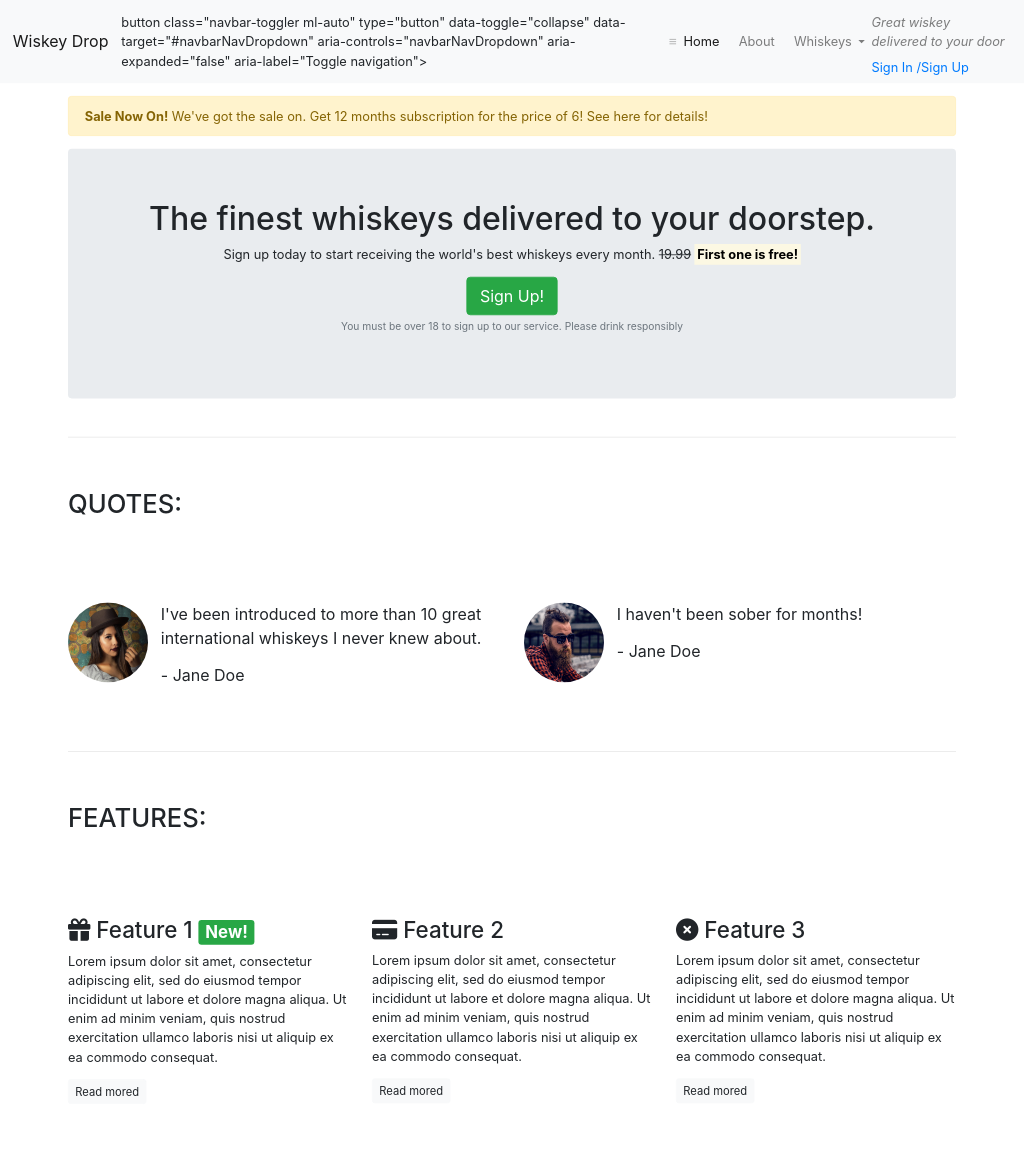
Repository: manub7/bootstrap4-mobile-first
Page: index.html
The author's editor kept a record of every edit. The page is drawn from the files as they stood at one moment, then again after the next edit.
The browser window is 1280 px wide. The pictures show the whole page, at 80% of full size.
Some web libraries are served in a nearby version.

Above is the page before.

### index.html
<!DOCTYPE html>
<html lang="en-us">

<head>
    <meta charset="utf-8">
    <meta name="viewport" content="width=device-width, initial-scale=1.0">
    <title>Whiskey Drop | Taste a new whiskey every month</title>
    <link rel="stylesheet" href="https://maxcdn.bootstrapcdn.com/bootstrap/4.1.3/css/bootstrap.min.css">
    <link rel="stylesheet" href="https://stackpath.bootstrapcdn.com/bootstrap/4.4.1/css/bootstrap.min.css" integrity="sha384-Vkoo8x4CGsO3+Hhxv8T/Q5PaXtkKtu6ug5TOeNV6gBiFeWPGFN9MuhOf23Q9Ifjh" crossorigin="anonymous">
    <script src="https://kit.fontawesome.com/0c0aa31012.js" crossorigin="anonymous"></script>
</head>

<body>
    <nav class="navbar navbar-light bg-light navbar-expand-sm ">

        <a href="/" class="navbar-brand">Wiskey Drop</a> button class="navbar-toggler ml-auto" type="button" data-toggle="collapse" data-target="#navbarNavDropdown" aria-controls="navbarNavDropdown" aria-expanded="false" aria-label="Toggle navigation">
        <span class="navbar-toggler-icon"></span></button>

        <div class="collapse navbar-collapse" id="navbarNavDropdown">
            <ul class="navbar-nav mr-auto">
                <li class="active nav-item mr-2"><a class="nav-link" href="/">Home</a></li>
                <li class="nav-item mr-2"><a class="nav-link" href="/about">About</a></li>
                <li class="nav-item dropdown">
                    <a class="nav-link dropdown-toggle" href="#" id="navbarDropdownMenuLink" role="button" data-toggle="dropdown" aria-haspopup="true" aria-expanded="false">
            Whiskeys
        </a>
                   <div class="dropdown-menu" aria-labelledby="navbarDropdownMenuLink">
                        <a class="dropdown-item" href="#">Irish</a>
                        <a class="dropdown-item" href="#">Scotch</a>
                        <a class="dropdown-item" href="#">Japanese</a>
                        <a class="dropdown-item" href="#">American</a>
                     </div>
                 </li>

                 <li class="nav-item mr-2 d-block d-sm-none"><a class="nav-link" href="">Sign In / Sign Up</a></li>
            </ul>
        </div>

        <div class="d-none d-md-block">
            <p class="navbar-text my-auto mr-2"><i>Great wiskey delivered to your door</i></p>
            <a href="/login">Sign In /Sign Up</a>

        </div>

    </nav>
    <article class="container mt-3">
        <div class="row d-none d-sm-block">
            <div class="col-12">
                <div class="alert alert-warning">
                    <strong>Sale Now On!</strong> We've got the sale on. Get 12 months subscription for the price of 6!
                    <a ref="">See here for details!</a>
                </div>
            </div>
        </div>
        <!-- Callout -->
        <div class="row">
            <div class="col-12">
                <section class="callout jumbotron text-center">
                    <h1>The finest whiskeys delivered to your doorstep.</h1>
                    <p clas="lead">Sign up today to start receiving the world's best whiskeys every month.
                        <s class="d-none d-sm-inline">19.99</s>
                        <span class="d-inline d-sm-none"><br></span>
                        <strong><mark> First one is free!</mark></strong></p>
                    <button class="btn btn-success btn-lg">Sign Up!</button>
                    <p class="text-muted"><small> You must be over 18 to sign up to our service. Please drink responsibly </small></p>
                </section>
            </div>
        </div>

        <!-- /.callout -->
        <hr>

        <!-- Quotes -->
        <section class="quotes">
            <div class="row">
                <div class="col-12 my-5">
                    <h2 class="text-uppercase">Quotes:</h2>
                </div>
            </div>
            <div class="row">
                <div class="col-12 col-md-6 my-5">
                    <div class="media">
                        <div class="d-none d-sm-block">
                            <img src="images/girl-image.png" class="rounded-circle  mr-3" height=100 width=100>
                        </div>
                        <div class="media-body">
                            <blockquote class="blockquote">
                                <p>I've been introduced to more than 10 great international whiskeys I never knew about.</p>
                                <p>- Jane Doe</p>
                            </blockquote>
                        </div>
                    </div>
                </div>

                <div class="col-12 col-md-6 my-5">
                    <div class="media">
                        <div class="d-none d-sm-block">
                            <img src="images/guy-image.png" class="rounded-circle mr-3" height=100 width=100>
                        </div>
                        <div class="media-body">
                            <blockquote class="blockquote">
                                <p>I haven't been sober for months!</p>
                                <p>- Jane Doe</p>
                                </blockquotes>
                        </div>
                    </div>
                </div>
            </div>

        </section>
        <!-- /.quotes -->
        <hr>

        <!-- Features -->
        <section class="features">
            <div class="row">
                <div class="col-12 my-5">
                    <h2 class="text-uppercase">Features:</h2>
                </div>
            </div>

            <div class="row">
                <div class="col-12 col-md-6 col-lg-4 my-5">
                    <div class="feature">
                        <h3><i class="fas fa-gift d-none d-sm-inline"></i> Feature 1 <span class="badge badge-success">New!</span></h3>
                        <p>Lorem ipsum dolor sit amet, consectetur adipiscing elit, sed do eiusmod tempor incididunt ut labore et dolore magna aliqua. Ut enim ad minim veniam, quis nostrud exercitation ullamco laboris nisi ut aliquip ex ea commodo consequat.</p>
                        <p><a class="btn btn-sm btn-light">Read mored</a></p>
                    </div>
                </div>


                <div class="col-12 col-md-6 col-lg-4 my-5">
                    <div class="feature">
                        <h3><i class="fas fa-credit-card d-none d-sm-inline"></i> Feature 2</h3>
                        <p>Lorem ipsum dolor sit amet, consectetur adipiscing elit, sed do eiusmod tempor incididunt ut labore et dolore magna aliqua. Ut enim ad minim veniam, quis nostrud exercitation ullamco laboris nisi ut aliquip ex ea commodo consequat.</p>
                        <p><a class="btn btn-sm btn-light">Read mored</a></p>
                    </div>
                </div>


                <div class="col-12 d-md-none d-lg-block col-lg-4 my-5">
                    <div class="feature">
                        <h3><i class="fas fa-times-circle d-none d-sm-inline"></i> Feature 3</h3>
                        <p>Lorem ipsum dolor sit amet, consectetur adipiscing elit, sed do eiusmod tempor incididunt ut labore et dolore magna aliqua. Ut enim ad minim veniam, quis nostrud exercitation ullamco laboris nisi ut aliquip ex ea commodo consequat.</p>
                        <p><a class="btn btn-sm btn-light">Read mored</a></p>
                    </div>
                </div>
            </div>

        </section>
        <!-- /.features -->
    </article>
    <script src="https://code.jquery.com/jquery-3.4.1.slim.min.js" integrity="sha384-J6qa4849blE2+poT4WnyKhv5vZF5SrPo0iEjwBvKU7imGFAV0wwj1yYfoRSJoZ+n" crossorigin="anonymous"></script>
    <script src="https://cdn.jsdelivr.net/npm/popper.js@1.16.0/dist/umd/popper.min.js" integrity="sha384-Q6E9RHvbIyZFJoft+2mJbHaEWldlvI9IOYy5n3zV9zzTtmI3UksdQRVvoxMfooAo" crossorigin="anonymous"></script>
    <script src="https://stackpath.bootstrapcdn.com/bootstrap/4.4.1/js/bootstrap.min.js" integrity="sha384-wfSDF2E50Y2D1uUdj0O3uMBJnjuUD4Ih7YwaYd1iqfktj0Uod8GCExl3Og8ifwB6" crossorigin="anonymous"></script>
</body>

</html>

After the next edit:
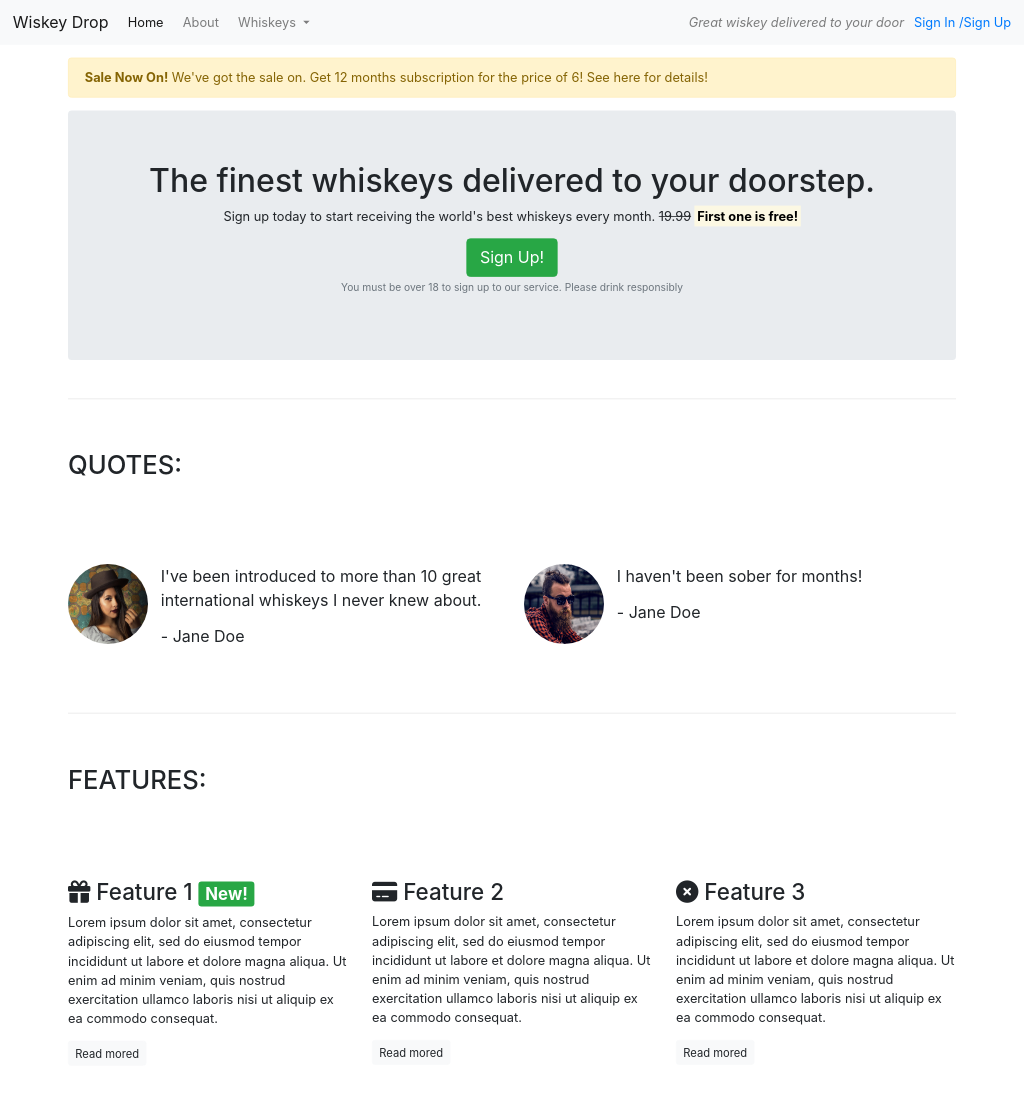
The edit:
--- a/index.html
+++ b/index.html
@@ -13,7 +13,8 @@
 <body>
     <nav class="navbar navbar-light bg-light navbar-expand-sm ">
 
-        <a href="/" class="navbar-brand">Wiskey Drop</a> button class="navbar-toggler ml-auto" type="button" data-toggle="collapse" data-target="#navbarNavDropdown" aria-controls="navbarNavDropdown" aria-expanded="false" aria-label="Toggle navigation">
+        <a href="/" class="navbar-brand">Wiskey Drop</a>
+        <button class="navbar-toggler ml-auto" type="button" data-toggle="collapse" data-target="#navbarNavDropdown" aria-controls="navbarNavDropdown" aria-expanded="false" aria-label="Toggle navigation">
         <span class="navbar-toggler-icon"></span></button>
 
         <div class="collapse navbar-collapse" id="navbarNavDropdown">
